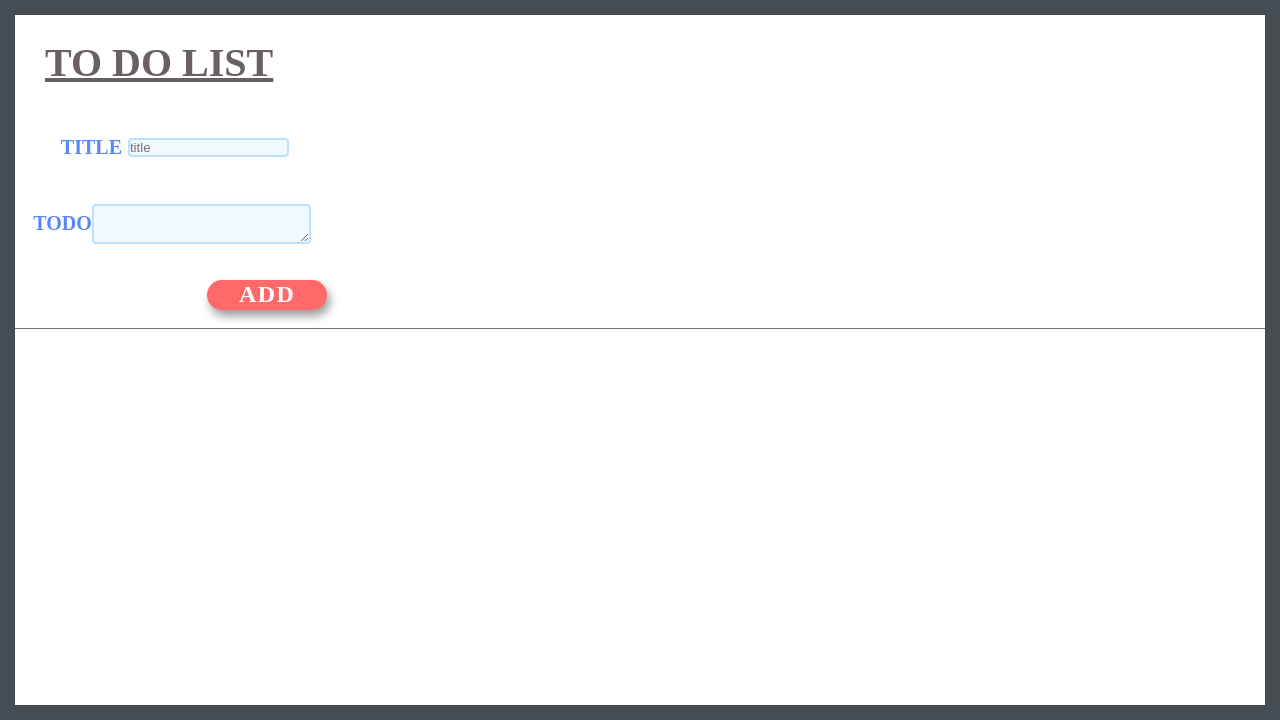
Repository: NagataRyuji0630/shinjin-otameshi
Page: todo_white_board.html
These files come from the project's save history. The page is drawn as it stood at one moment and after the next save; the edit follows.
The browser window is 1280 px wide. The pictures show the whole page.
The pointer rests on the first visible `.red_btn`.

Above is the page before, as saved 2020-06-11 23:21:29.
Not found: todoWhiteBoard.js

After the next save:
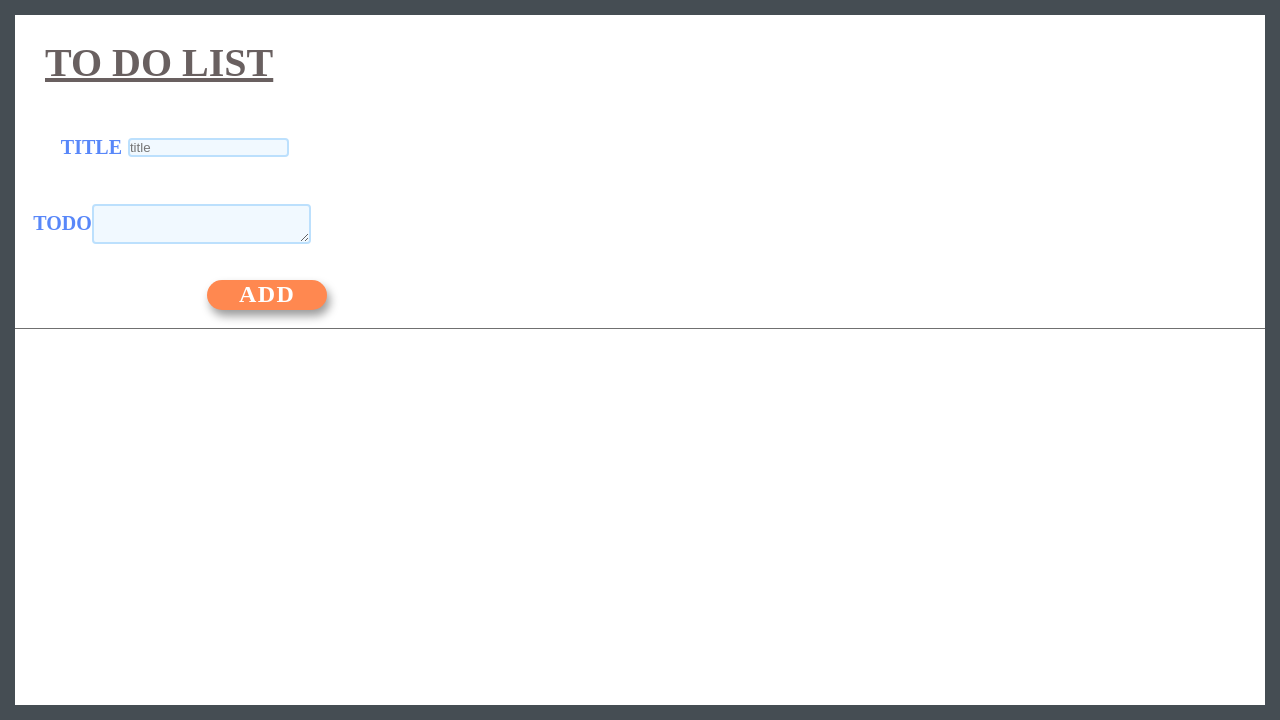
Saved 66 s later.
--- a/todo_white_board.css
+++ b/todo_white_board.css
@@ -114,6 +114,10 @@
     box-shadow: 3px 6px 10px #00000065;
 }
 
+.red_btn:hover {
+    background-color: #FF8850;
+}
+
 #todo_add_btn {
     position: relative;
     left: 13%
